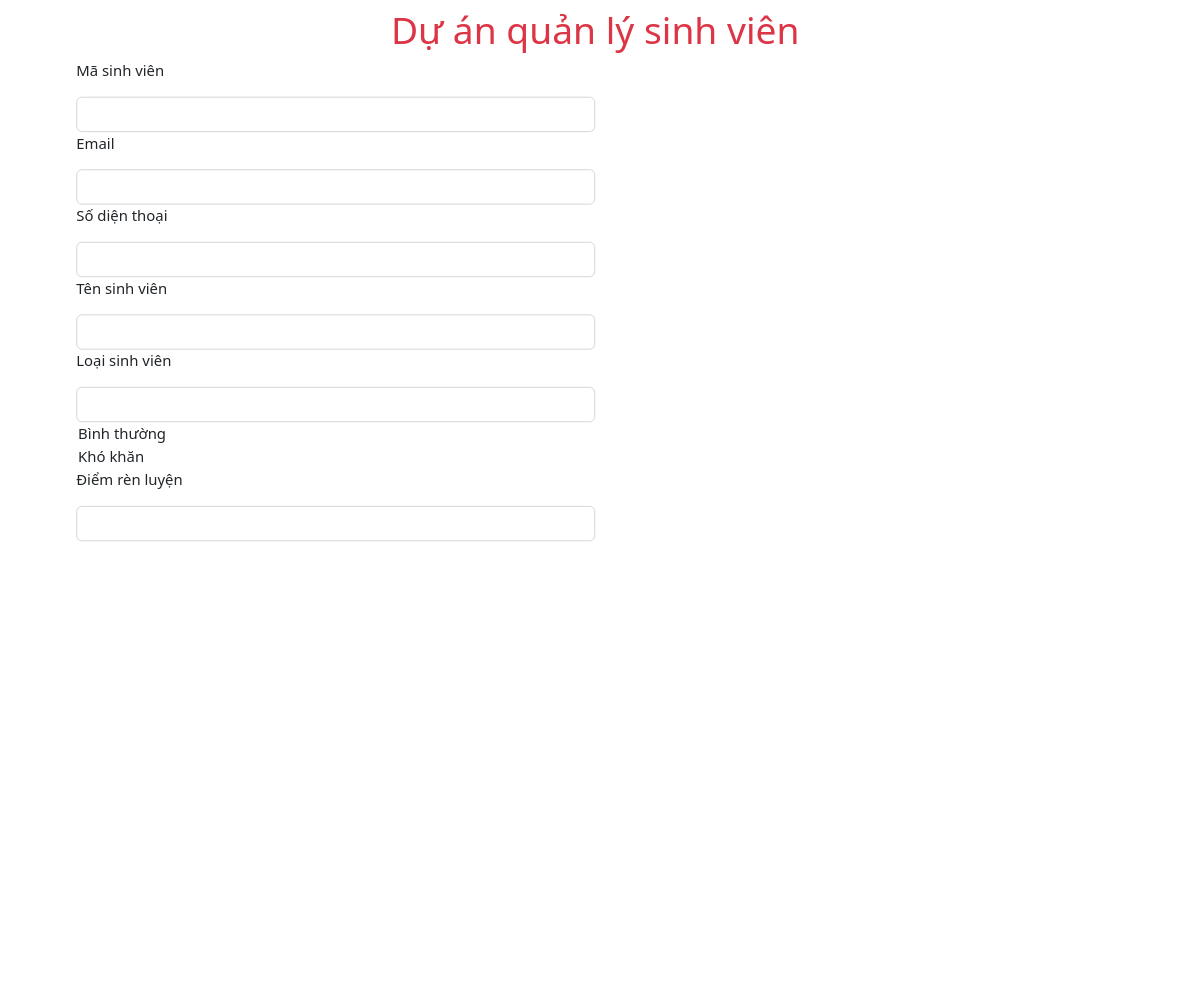
Repository: hcozyph/Cybersoft_JS_OOP
Page: index.html
An editor plug-in stored every save of this project. The page is shown before and after the next save, followed by the edit.
The browser window is 1280 px wide. The pictures show the whole page, at 93% of full size.

Above is the page before, as saved 2023-02-26 09:21:46.

### index.html
<!DOCTYPE html>
<html lang="en">
    <head>
        <title>Quản lý sinh viên</title>
        <!-- Required meta tags -->
        <meta charset="utf-8" />
        <meta
            name="viewport"
            content="width=device-width, initial-scale=1, shrink-to-fit=no"
        />

        <!-- Bootstrap CSS v5.2.1 -->
        <link
            href="https://cdn.jsdelivr.net/npm/bootstrap@5.2.1/dist/css/bootstrap.min.css"
            rel="stylesheet"
            integrity="sha384-iYQeCzEYFbKjA/T2uDLTpkwGzCiq6soy8tYaI1GyVh/UjpbCx/TYkiZhlZB6+fzT"
            crossorigin="anonymous"
        />

        <!-- index.css -->
        <link rel="stylesheet" href="./assets/styles/index.css" />
    </head>

    <body>
        <div class="container" style="margin-bottom: 500px">
            <div class="title">
                <h3 class="text-center fs-1 text-danger my-2">
                    Dự án quản lý sinh viên
                </h3>
            </div>

            <div class="content">
                <div class="row"></div>
                <div class="col-md-6">
                    <div class="form-group">
                        <p>Mã sinh viên</p>
                        <input class="form-control" id="maSinhVien"></input>
                    </div>

                    <div class="form-group">
                        <p>Email</p>
                        <input class="form-control" id="email"></input>
                    </div>

                    <div class="form-group">
                        <p>Số diện thoại</p>
                        <input class="form-control" id="soDienThoai"></input>
                    </div>
                </div>

                <div class="col-md-6">
                    <div class="form-group">
                        <p>Tên sinh viên</p>
                        <input class="form-control" id="tenSinhVien"></input>
                    </div>

                    <div class="form-group">
                        <p>Loại sinh viên</p>
                        <input class="form-control" id="loaiSinhVien">
                            <option value="">Bình thường</option>
                            <option value="">Khó khăn</option>
                        </input>
                    </div>

                    <div class="form-group">
                        <p>Điểm rèn luyện</p>
                        <input type="number" class="form-control" id="diemRenLuyen">
                    </div>
                </div>
            </div>
        </div>

        <!-- Bootstrap JavaScript Libraries -->
        <script
            src="https://cdn.jsdelivr.net/npm/@popperjs/core@2.11.6/dist/umd/popper.min.js"
            integrity="sha384-oBqDVmMz9ATKxIep9tiCxS/Z9fNfEXiDAYTujMAeBAsjFuCZSmKbSSUnQlmh/jp3"
            crossorigin="anonymous"
        ></script>

        <script
            src="https://cdn.jsdelivr.net/npm/bootstrap@5.2.1/dist/js/bootstrap.min.js"
            integrity="sha384-7VPbUDkoPSGFnVtYi0QogXtr74QeVeeIs99Qfg5YCF+TidwNdjvaKZX19NZ/e6oz"
            crossorigin="anonymous"
        ></script>

        <!-- index.js -->
        <script src="./controllers/js/index.js"></script>
    </body>
</html>

### controllers/js/index.js
////----MÔ HÌNH MVC
/*
    M [model]       -- nơi chứa các file js là prototype (class)
    V [view]        -- nơi chứa các file giao diện (.html)
    C [controller]  -- các file điều hướng giao diện (index.html => index.js, qlsp.html => qlsp.js)

    ---------------------------------------------------

    util    -- chứa các file dùng chung cho dự án (ví dụ: các method sử dụng ở các dự án trước, hoặc libs [thư viện js] )
    assets  -- là folder chứa tài nguyên của hệ thống (img, audio, viddeo, css, font,...)

    */

Loaded but not shown: assets/styles/index.css (no stored copy; drawn as an empty file)

After the next save:
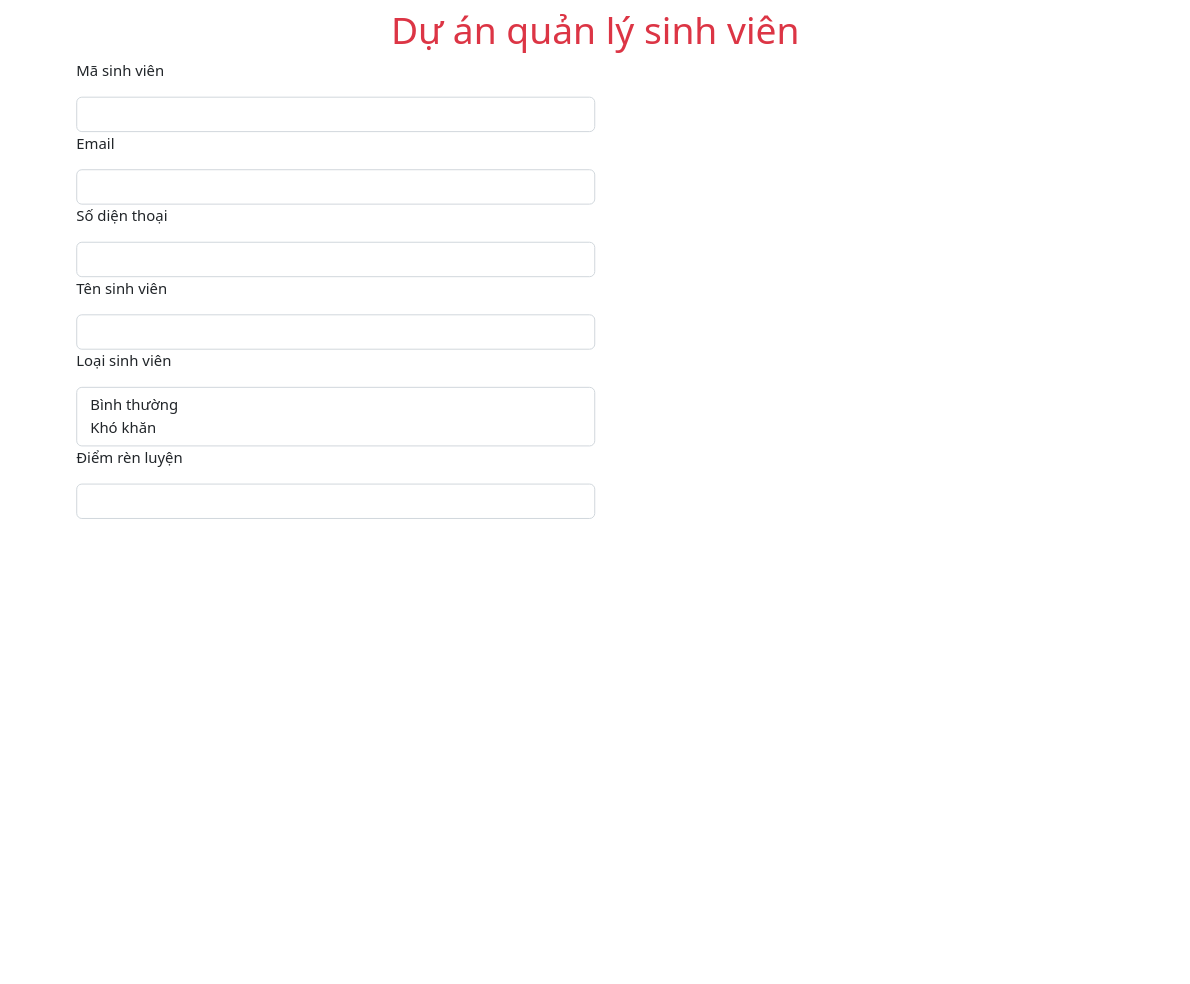
Saved 20 s later.
--- a/index.html
+++ b/index.html
@@ -56,10 +56,10 @@
 
                     <div class="form-group">
                         <p>Loại sinh viên</p>
-                        <input class="form-control" id="loaiSinhVien">
+                        <section class="form-control" id="loaiSinhVien">
                             <option value="">Bình thường</option>
                             <option value="">Khó khăn</option>
-                        </input>
+                        </section>
                     </div>
 
                     <div class="form-group">
